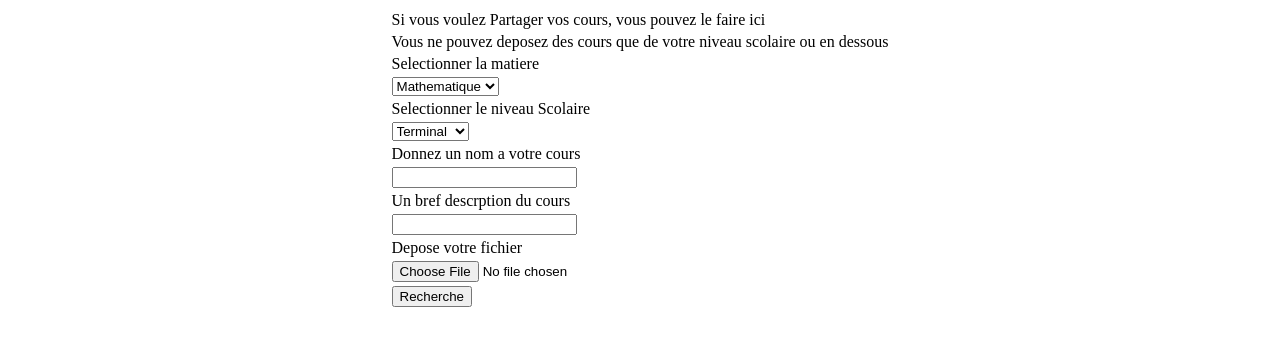
Repository: AntoAnt/WikiScolaire-
Page: http://localhost/InterfaceWikiScolair/AjoutCours.jsp
An editor plug-in stored every save of this project. The page is shown before and after the next save, followed by the edit.
The browser window is 1280 px wide. The pictures show the whole page.
The page is served by Tomcat 9. Other server files are loaded and not shown.

Above is the page before, as saved 2017-04-21 07:42:29.

### InterfaceWikiScolair/WebContent/AjoutCours.jsp
<%@ page language="java" contentType="text/html; charset=ISO-8859-1"
    pageEncoding="ISO-8859-1"%>
<!DOCTYPE html PUBLIC "-//W3C//DTD HTML 4.01 Transitional//EN" "http://www.w3.org/TR/html4/loose.dtd">
<html>
<head>
<meta http-equiv="Content-Type" content="text/html; charset=ISO-8859-1">
<title>Ajout Cours</title>
</head>
<body>
<center>
<form method="post" action="/InterfaceWikiScolair/ControleurPrincipal?idaction=Insert_cours">
		<table>
			<tr><td>Si vous voulez Partager vos cours, vous pouvez le faire ici</td></tr>
			<tr><td>Vous ne pouvez deposez des cours que de votre niveau scolaire ou en dessous</td></tr>
			<tr><td>Selectionner la matiere </td></tr>
			<tr><td>
				<select id="Insert_Matiere">
					<option value ="Mathematique">Mathematique</option>
					<option value ="Français">Français</option>
					<option value ="Anglais">Anglais</option>
					<option value ="SVT">SVT</option>
					<option value ="Physique">Physique</option>
					<option value ="economie">economie</option>
					<option value ="Histoire">Histoire</option>
					<option value ="Geographie">Geographie</option>
					<option value ="Philosophie">Philosophie</option>
				</select>
			<tr><td> Selectionner le niveau Scolaire</td></tr>
			<tr><td>
				<select id="Insert_Niveau">
					<option value = "Terminal">Terminal</option>
					<option value = "Premiere">Premiere</otpion>
					<option value = "Seconde">Seconde</option>
				</select>
			</td></tr>
			<tr><td>Donnez un nom a votre cours</td></tr>
			<tr><td><input type="text" name="CHAMP_Cours_Nom"></td></tr>
			<tr><td>Un bref descrption du cours</td></tr>
			<tr><td><input type="text" name="CHAMP_Cours_Doc"></td></tr>
			<tr><td>Depose votre fichier</td></tr>
			<tr><td><input type="file" name="file_cours"></td></tr>
			<tr><td><input type="submit" name="recherche_cours" value="Recherche"></td></tr>
	</table>
</center>
</body>
</html>

After the next save:
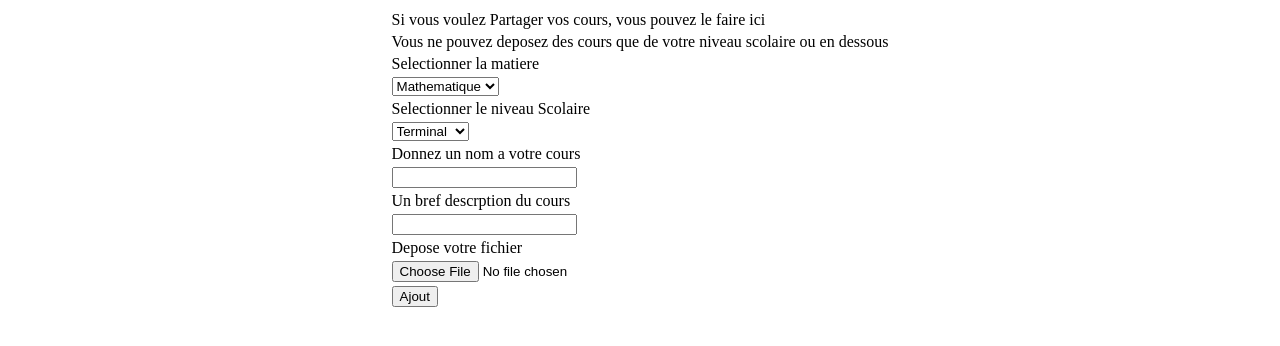
Saved 49 s later.
--- a/InterfaceWikiScolair/WebContent/AjoutCours.jsp
+++ b/InterfaceWikiScolair/WebContent/AjoutCours.jsp
@@ -39,7 +39,7 @@
 			<tr><td><input type="text" name="CHAMP_Cours_Doc"></td></tr>
 			<tr><td>Depose votre fichier</td></tr>
 			<tr><td><input type="file" name="file_cours"></td></tr>
-			<tr><td><input type="submit" name="recherche_cours" value="Recherche"></td></tr>
+			<tr><td><input type="submit" name="Ajout_cours" value="Ajout"></td></tr>
 	</table>
 </center>
 </body>
